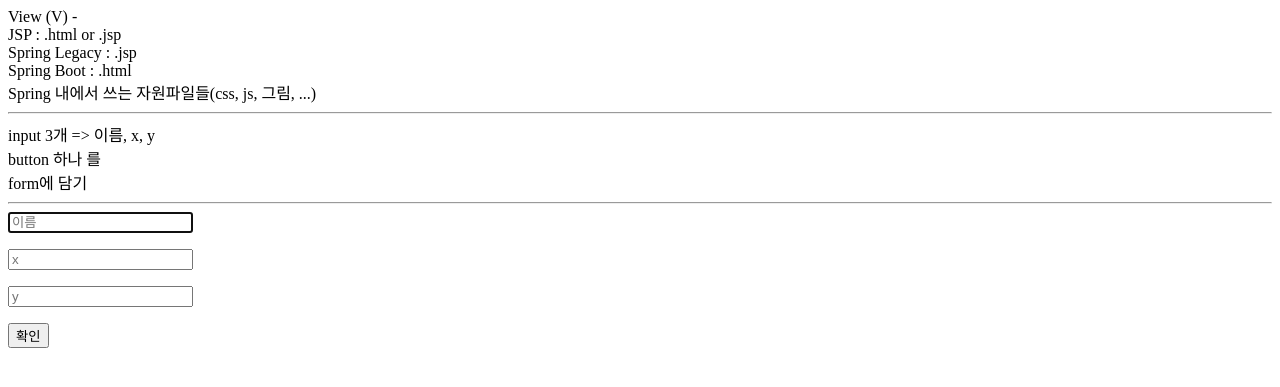
Repository: womss/sexyguy
Page: http://localhost/Feb11_2_SpringMVC/
An editor plug-in stored every save of this project. The page is shown before and after the next save, followed by the edit.
The browser window is 1280 px wide. The pictures show the whole page.
The page is served by Tomcat 9.

Above is the page before, as saved 2025-02-11 01:40:07.

After the next save:
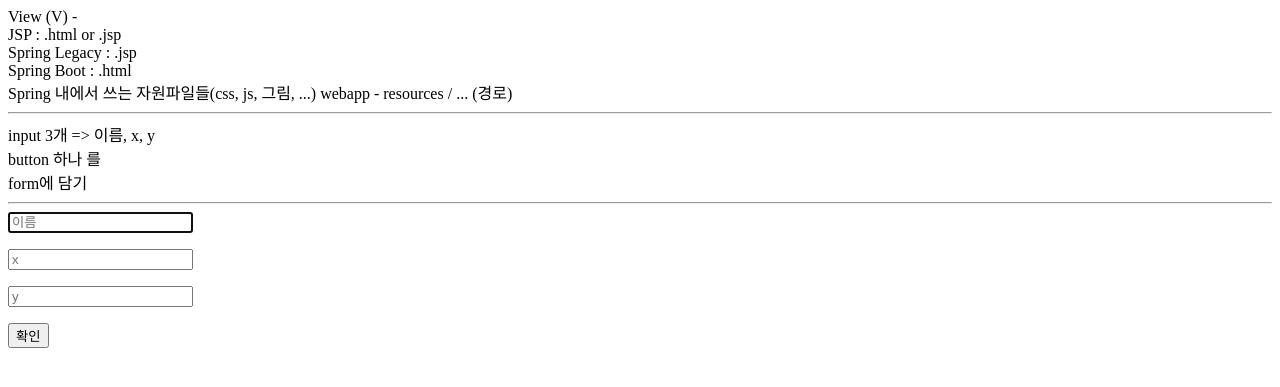
Saved 25 s later.
--- a/Spring/Feb11_2_SpringMVC/src/main/webapp/WEB-INF/views/index.jsp
+++ b/Spring/Feb11_2_SpringMVC/src/main/webapp/WEB-INF/views/index.jsp
@@ -13,6 +13,7 @@
 		Spring Boot : .html <br>
 
 		Spring 내에서 쓰는 자원파일들(css, js, 그림, ...)
+			webapp - resources / ... (경로)
 	<hr>
 	input 3개 => 이름, x, y <br>
 	button 하나 를 <br>
